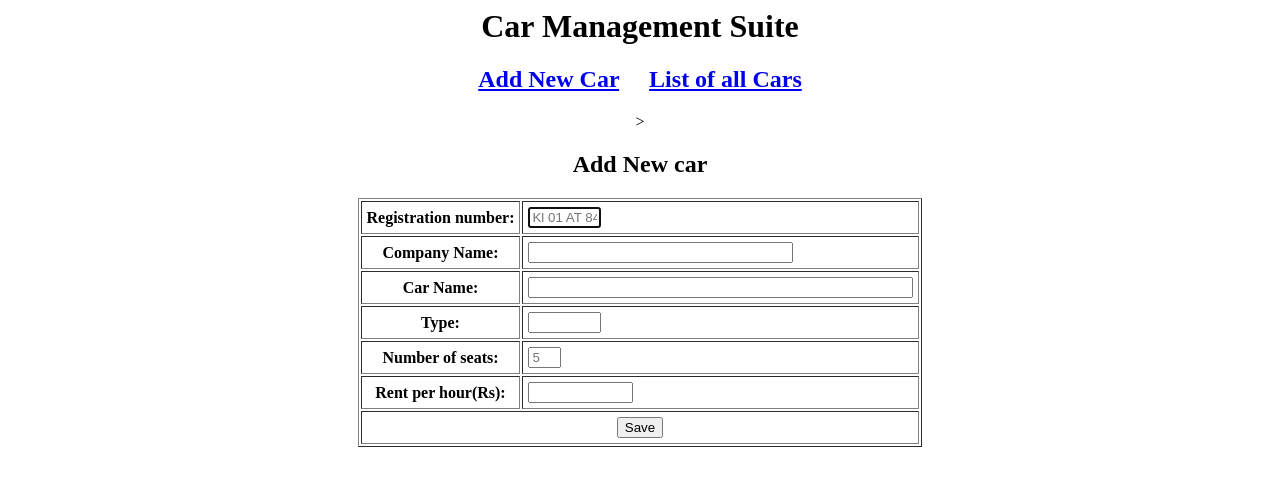
Repository: aforaswin/car-rental
Page: http://localhost/Car_Rental/edit
These files come from the project's save history. The page is drawn as it stood at one moment and after the next save; the edit follows.
The browser window is 1280 px wide. The pictures show the whole page.
The page is served by Tomcat 9. Queries for data that is not in the repository find no rows.

Above is the page before, as saved 2017-09-18 10:53:44.

After the next save:
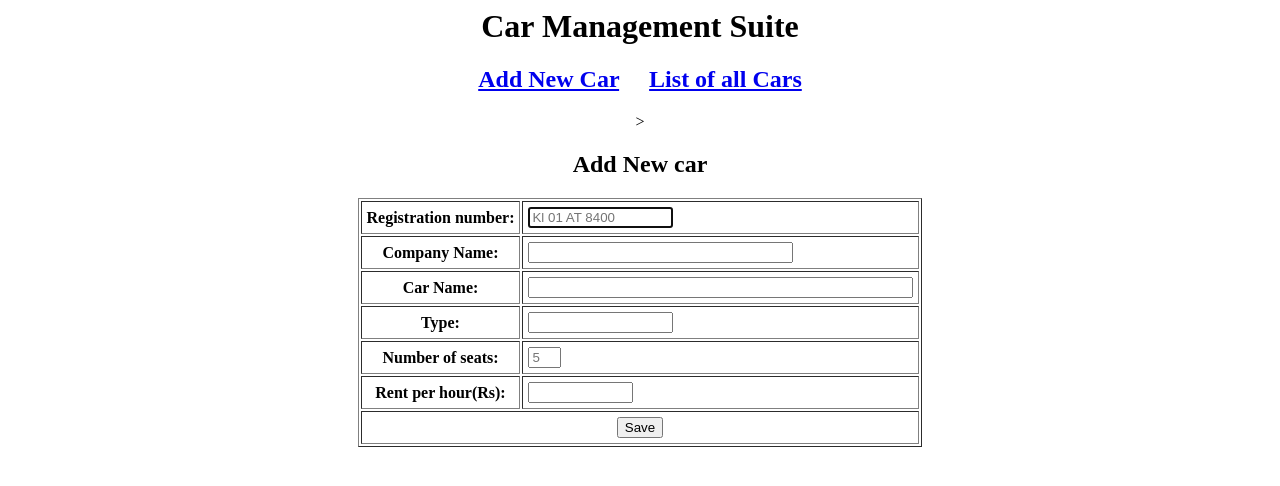
Saved 10 min 12 s later.
--- a/Car Rental/WebContent/CarForm.jsp
+++ b/Car Rental/WebContent/CarForm.jsp
@@ -39,7 +39,7 @@
             <tr>
                 <th>Registration number: </th>
                 <td>
-                    <input type="text" name="reg_no" size="6"
+                    <input type="text" name="reg_no" size="15"
                             value="<c:out value='${car.regNo}' />"
                        required placeholder="Kl 01 AT 8400" autofocus />
                 </td>
@@ -63,7 +63,7 @@
            <tr>
                 <th>Type: </th>
                 <td>
-                    <input type="text" name="type" size="6"
+                    <input type="text" name="type" size="15"
                             value="<c:out value='${car.type}' />" required
                     />
                 </td>
